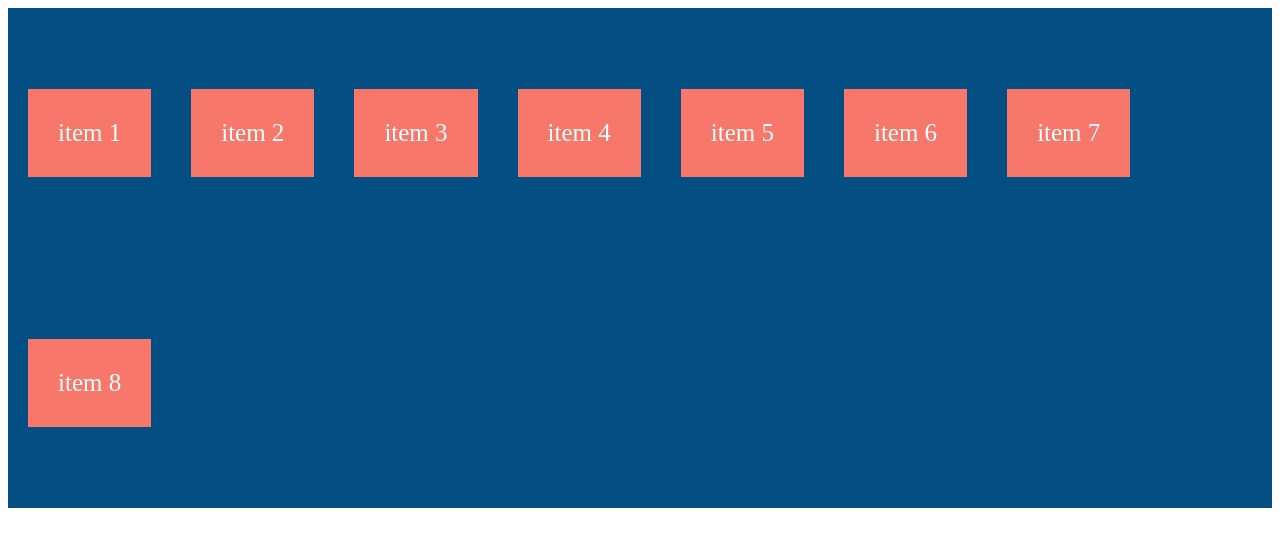
Repository: mehmetbuber38/flex
Page: flex-row-alignment.html
These files come from the project's save history. The page is drawn as it stood at one moment and after the next save; the edit follows.
The browser window is 1280 px wide. The pictures show the whole page.

Above is the page before, as saved 2022-01-31 20:51:42.

After the next save:
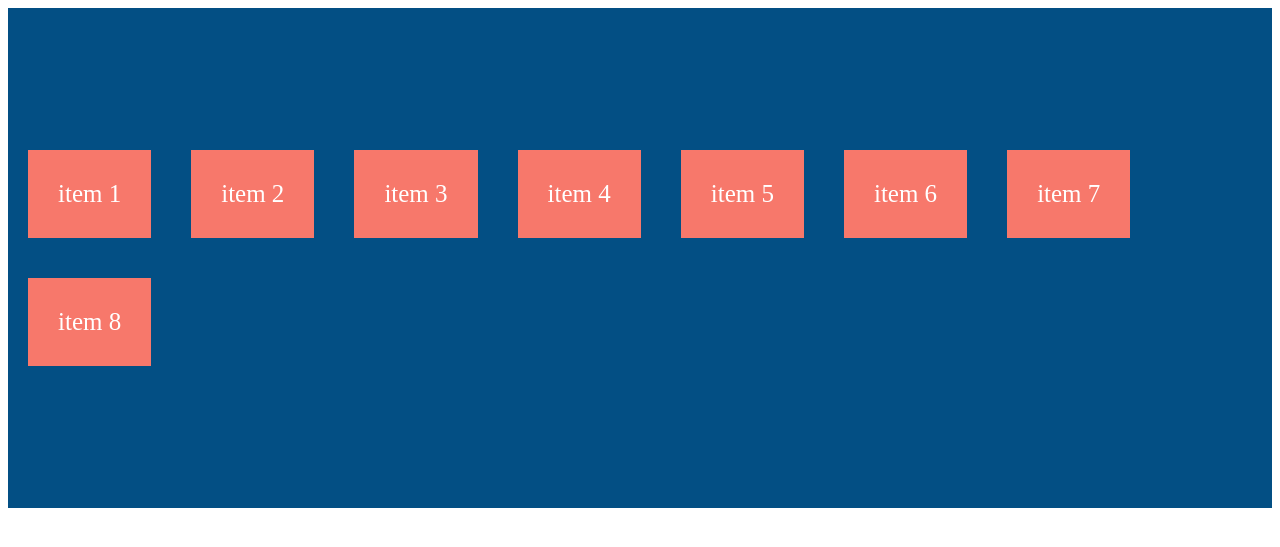
Saved 4 min 52 s later.
--- a/flex-row-alignment.html
+++ b/flex-row-alignment.html
@@ -11,7 +11,8 @@
     .container {
         display: flex;
         flex-wrap: wrap;
-        align-items: center;
+        /* align-items: center; */
+        align-content: center;
         height: 500px;
         background-color: #034f84;
 
